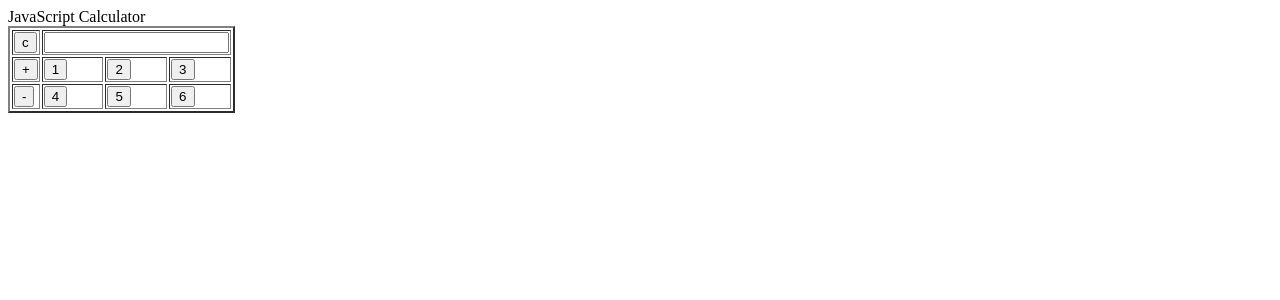
Repository: spidero7/Simple-Calculator
Page: index.html
An editor plug-in stored every save of this project. The page is shown before and after the next save, followed by the edit.
The browser window is 1280 px wide. The pictures show the whole page.

Above is the page before, as saved 2021-09-15 06:55:39.

After the next save:
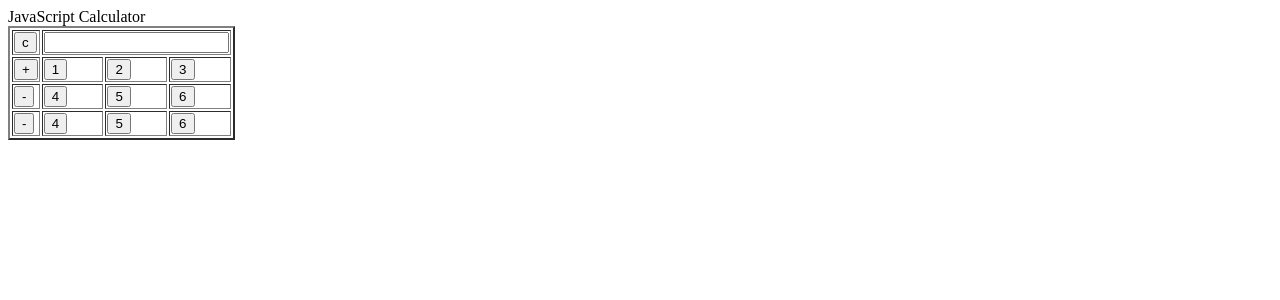
Saved 35 s later.
--- a/index.html
+++ b/index.html
@@ -26,6 +26,12 @@
             <td><input type="button" value="5" onclick="display('5')"/></td>
             <td><input type="button" value="6" onclick="display('6')"/></td>
         </tr>
+        <tr>
+            <td><input type="button" value="-" onclick="display('-')"/></td>
+            <td><input type="button" value="4" onclick="display('4')"/></td>
+            <td><input type="button" value="5" onclick="display('5')"/></td>
+            <td><input type="button" value="6" onclick="display('6')"/></td>
+        </tr>
     </table>
     <script src="app.js"></script>
 </body>
